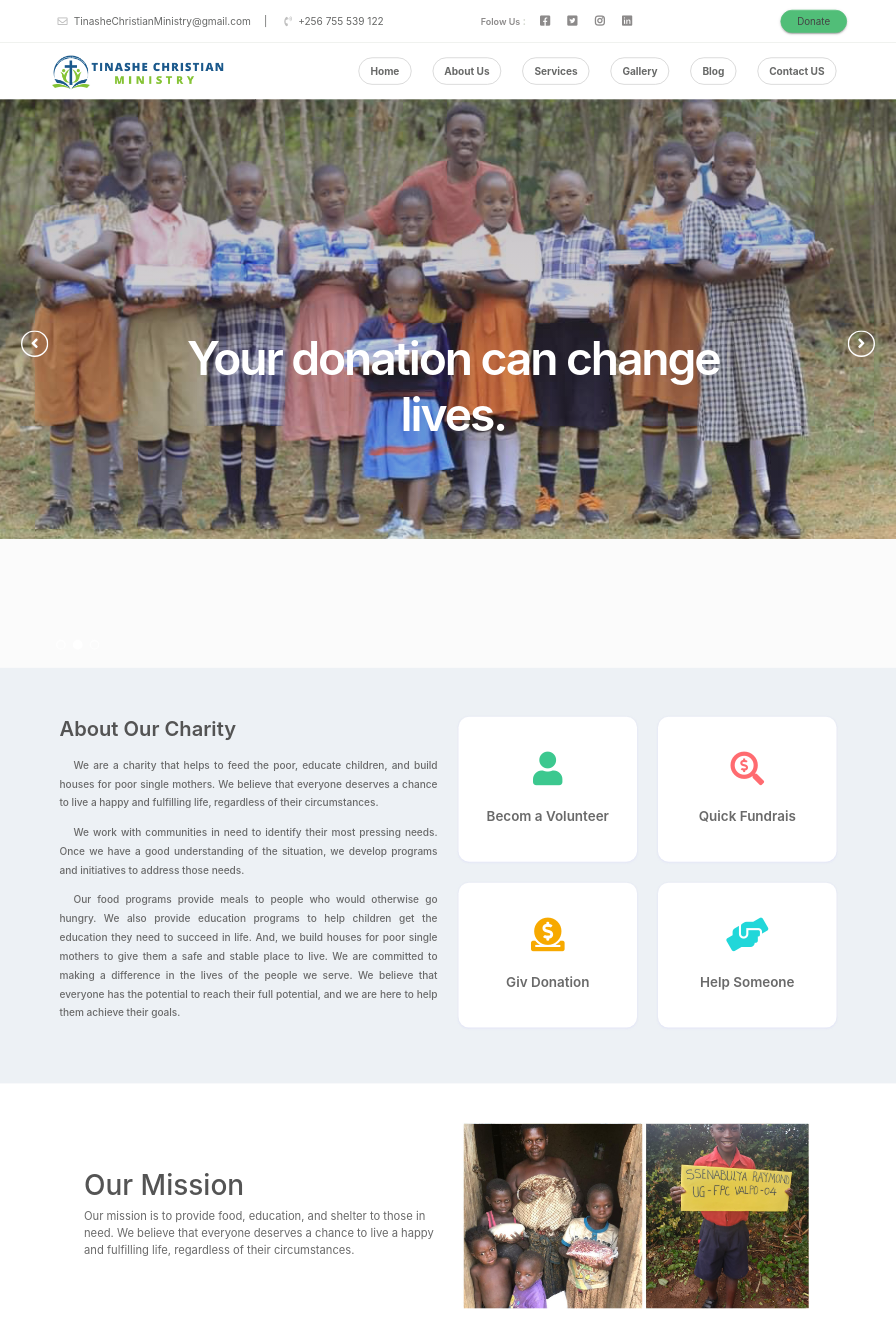
Repository: kluivert-ssali/Zziwa
Page: index.html
An editor plug-in stored every save of this project. The page is shown before and after the next save, followed by the edit.
The browser window is 1280 px wide. The pictures show the part of the page from y = 0 to 1920 px (the page is 5257 px tall), at 70% of full size.
A picture or video elsewhere on the page could not be fetched, so the positions and the page height are approximate. Backgrounds fixed to the window are drawn as part of the page.

Above is the page before, as saved 2023-11-20 22:20:09.

### index.html
<!DOCTYPE html>
<html lang="en">
  <head>
    <meta charset="utf-8" />
    <link
      rel="shortcut icon"
      type="x-icon"
      sizes="64x64"
      href="./Logo/ziwaWEB2.0.svg"
    />
    <meta
      name="viewport"
      content="width=device-width, initial-scale=1, shrink-to-fit=no"
    />
    <title>TinasheChristianMinistry</title>
    <link
      rel="shortcut icon"
      href="assets/images/fav.png"
      type="image/x-icon"
    />
    <link
      href="https://fonts.googleapis.com/css2?family=Ubuntu:wght@400;500&display=swap"
      rel="stylesheet"
    />
    <link rel="shortcut icon" href="assets/images/fav.jpg" />
    <link rel="stylesheet" href="assets/css/bootstrap.min.css" />
    <link rel="stylesheet" href="assets/css/all.min.css" />
    <link rel="stylesheet" href="assets/css/animate.css" />
    <link
      rel="stylesheet"
      href="assets/plugins/slider/css/owl.carousel.min.css"
    />
    <link
      rel="stylesheet"
      href="assets/plugins/slider/css/owl.theme.default.css"
    />
    <link rel="stylesheet" type="text/css" href="assets/css/style.css" />
  </head>
  <body>
    <header class="continer-fluid">
      <div class="header-top">
        <div class="container">
          <div class="row col-det">
            <div class="col-lg-6 d-none d-lg-block">
              <ul class="ulleft">
                <li>
                  <i class="far fa-envelope"></i>
                  TinasheChristianMinistry@gmail.com
                  <span>|</span>
                </li>
                <li>
                  <i class="fas fa-phone-volume"></i>
                  +256 755 539 122
                </li>
              </ul>
            </div>
            <div class="col-lg-3 col-md-6 folouws">
              <ul class="ulright">
                <li><small>Folow Us </small>:</li>
                <li>
                  <i class="fab fa-facebook-square"></i>
                </li>
                <li>
                  <i class="fab fa-twitter-square"></i>
                </li>
                <li>
                  <i class="fab fa-instagram"></i>
                </li>
                <li>
                  <i class="fab fa-linkedin"></i>
                </li>
              </ul>
            </div>
            <div class="col-lg-3 d-none d-md-block col-md-6 btn-bhed">
              <button class="btn btn-sm btn-success">
                <a
                  href="https://flutterwave.com/donate/cqvprj4q11oa"
                  target="_blank"
                  >Donate</a
                >
              </button>
            </div>
          </div>
        </div>
      </div>
      <div id="menu-jk" class="header-bottom">
        <div class="container">
          <div class="row nav-row">
            <div class="col-lg-3 col-md-12 logo">
              <a href="index.html">
                <img src="assets/images/TCM.png" alt="" />
                <a data-toggle="collapse" data-target="#menu" href="#menu"
                  ><i class="fas d-block d-lg-none small-menu fa-bars"></i
                ></a>
              </a>
            </div>
            <div id="menu" class="col-lg-9 col-md-12 d-none d-lg-block nav-col">
              <ul class="navbad">
                <li class="nav-item active">
                  <a class="nav-link" href="index.html">Home </a>
                </li>
                <li class="nav-item">
                  <a class="nav-link" href="about_us.html">About Us</a>
                </li>
                <li class="nav-item">
                  <a class="nav-link" href="services.html">Services</a>
                </li>

                <li class="nav-item">
                  <a class="nav-link" href="gallery.html">Gallery</a>
                </li>

                <li class="nav-item">
                  <a class="nav-link" href="blog.html">Blog</a>
                </li>
                <li class="nav-item">
                  <a class="nav-link" href="contact_us.html">Contact US</a>
                </li>
              </ul>
            </div>
          </div>
        </div>
      </div>
    </header>

    <!-- ******************** Slider Starts Here ******************* -->
    <div class="slider">
      <!-- Set up your HTML -->
      <div class="owl-carousel">
        <div class="slider-img">
          <div class="item">
            <div class="slider-img">
              <img src="assets/images/slider/slider1.png" alt="" />
            </div>
            <div class="container">
              <div class="row">
                <div
                  class="col-lg-offset-2 col-lg-8 col-md-offset-2 col-md-8 col-sm-12 col-xs-12"
                >
                  <div class="animated bounceInDown slider-captions">
                    <h1 class="slider-title">
                      Together, we can make the world a better place.
                    </h1>
                  </div>
                </div>
              </div>
            </div>
          </div>
        </div>
        <div class="item">
          <div class="slider-img">
            <img src="assets/images/slider/slider2.png" alt="" />
          </div>
          <div class="container">
            <div class="row">
              <div
                class="col-lg-offset-2 col-lg-8 col-md-offset-2 col-md-8 col-sm-12 col-xs-12"
              >
                <div class="slider-captions">
                  <h1 class="slider-title">Your donation can change lives.</h1>
                </div>
              </div>
            </div>
          </div>
        </div>
        <div class="item">
          <div class="slider-img">
            <img src="assets/images/slider/slider3.png" alt="" />
          </div>
          <div class="container">
            <div class="row">
              <div
                class="col-lg-offset-2 col-lg-8 col-md-offset-2 col-md-8 col-sm-12 col-xs-12"
              >
                <div class="slider-captions">
                  <h1 class="slider-title">Help us make a difference.</h1>
                </div>
              </div>
            </div>
          </div>
        </div>
      </div>
    </div>

    <!--  ************************* About Us Starts Here ************************** -->

    <div class="about-us container-fluid">
      <div class="container">
        <div class="row natur-row no-margin w-100">
          <div class="text-part col-md-6">
            <h2>About Our Charity</h2>
            <p>
              We are a charity that helps to feed the poor, educate children,
              and build houses for poor single mothers. We believe that everyone
              deserves a chance to live a happy and fulfilling life, regardless
              of their circumstances.
            </p>
            <p>
              We work with communities in need to identify their most pressing
              needs. Once we have a good understanding of the situation, we
              develop programs and initiatives to address those needs.
            </p>

            <p>
              Our food programs provide meals to people who would otherwise go
              hungry. We also provide education programs to help children get
              the education they need to succeed in life. And, we build houses
              for poor single mothers to give them a safe and stable place to
              live. We are committed to making a difference in the lives of the
              people we serve. We believe that everyone has the potential to
              reach their full potential, and we are here to help them achieve
              their goals.
            </p>
          </div>
          <div class="image-part col-md-6">
            <div class="about-quick-box row">
              <div class="col-md-6">
                <div class="about-qcard">
                  <i class="fas fa-user"></i>
                  <p>Becom a Volunteer</p>
                </div>
              </div>
              <div class="col-md-6">
                <div class="about-qcard">
                  <i class="fas fa-search-dollar red"></i>
                  <p>Quick Fundrais</p>
                </div>
              </div>
              <div class="col-md-6">
                <div class="about-qcard">
                  <i class="fas fa-donate yell"></i>
                  <p>Giv Donation</p>
                </div>
              </div>
              <div class="col-md-6">
                <div class="about-qcard">
                  <i class="fas fa-hands-helping blu"></i>
                  <p>Help Someone</p>
                </div>
              </div>
            </div>
          </div>
        </div>
      </div>
    </div>

    <!-- ################# Mission Vision Start Here #######################--->

    <section class="container-fluid mission-vision">
      <div class="container">
        <div class="row mission">
          <div class="col-md-6 mv-det">
            <h1>Our Mission</h1>
            <p>
              Our mission is to provide food, education, and shelter to those in
              need. We believe that everyone deserves a chance to live a happy
              and fulfilling life, regardless of their circumstances.
            </p>
          </div>
          <div class="col-md-6 mv-img">
            <img src="assets/images/check.png" alt="" />
          </div>
        </div>
        <div class="row vision">
          <div class="col-md-6 mv-img">
            <img src="assets/images/v2.png" alt="" />
          </div>
          <div class="col-md-6 mv-det">
            <h1>Our Vision</h1>
            <p>
              Compassion: We care deeply about the people we serve, and we are
              committed to making a difference in their lives. Respect: We treat
              everyone with dignity and respect, regardless of their background
              or circumstances. Excellence: We strive to provide the best
              possible services to our clients. Accountability: We are
              accountable to our donors and to the communities we serve.
            </p>
          </div>
        </div>
      </div>
    </section>

    <!-- ################# Events Start Here#######################--->
    <section class="events">
      <div class="container">
        <div class="session-title row">
          <h2>Popular Causes</h2>
          <p>We are a non-profital & Charity raising money for -----</p>
        </div>
        <div class="event-ro row">
          <div class="col-md-4 col-sm-6">
            <div class="event-box">
              <img src="assets/images/events/Feeding.png" alt="" />
              <h4>Feeding the needy</h4>
              <p class="desic">
                Our feeding program provides nutritious meals to people who
                would otherwise go hungry. We serve people of all ages,
                including children, adults, and seniors.
              </p>
              <button class="btn btn-success btn-sm">
                <a
                  href="https://flutterwave.com/donate/cqvprj4q11oa"
                  target="_blank"
                  >Donate Now</a
                >
              </button>
            </div>
          </div>
          <div class="col-md-4 col-sm-6">
            <div class="event-box">
              <img src="assets/images/events/House2.png" alt="" />
              <h4>Build Houses and Churches</h4>
              <p class="desic">
                We work with communities in need to identify families who are in
                need of housing. Once we have identified a family, we work with
                them to design and build a house that meets their needs. We also
                build churches for the poor. We believe that everyone deserves a
                place to worship and to connect with their faith community.
              </p>
              <button class="btn btn-success btn-sm">
                <a
                  href="https://flutterwave.com/donate/cqvprj4q11oa"
                  target="_blank"
                  >Donate Now</a
                >
              </button>
            </div>
          </div>
          <div class="col-md-4 col-sm-6">
            <div class="event-box">
              <img src="assets/images/events/payer1.png" alt="" />
              <h4>Child Education</h4>
              <p class="desic">
                We believe that every child has a right to Education. In other
                education program we provide tution, school matirials like Books
                and safty pads to girls.
              </p>
              <button class="btn btn-success btn-sm">
                <a
                  href="https://flutterwave.com/donate/cqvprj4q11oa"
                  target="_blank"
                  >Donate Now</a
                >
              </button>
            </div>
          </div>
        </div>
      </div>
    </section>

    <!-- ################# Charity Number Starts Here#######################--->

    <div class="doctor-message">
      <div class="inner-lay">
        <div class="container">
          <div class="row session-title">
            <h2>Our Achievemtns in Numbers</h2>
            <p>
              We can talk for a long time about advantages of our Dental clinic
              before other medical treatment facilities. But you can read the
              following facts in order to make sure of all pluses of our clinic:
            </p>
          </div>
          <div class="row">
            <div class="col-sm-3 numb">
              <h3>12+</h3>
              <span>YEARS OF EXPEREANCE</span>
            </div>
            <div class="col-sm-3 numb">
              <h3>1812+</h3>
              <span>HAPPY CHILDRENS</span>
            </div>
            <div class="col-sm-3 numb">
              <h3>52+</h3>
              <span>EVENTS</span>
            </div>
          </div>
        </div>
      </div>
    </div>

    <!--################### Our Team Starts Here #######################--->
    <section class="our-team team-11">
      <div class="container">
        <div class="session-title row">
          <h2>Meet our Team</h2>
          <p></p>
        </div>
        <div class="row team-row">
          <div class="col-md-3 col-sm-6">
            <div class="single-usr">
              <img src="assets/images/team/" alt="" />
              <div class="det-o">
                <h4>ziwa franics</h4>
                <i>CEO </i>
              </div>
            </div>
          </div>
          <div class="col-md-3 col-sm-6">
            <div class="single-usr">
              <img src="assets/images/team/" alt="" />
              <div class="det-o">
                <h4>David Kanuel</h4>
                <i>CFO</i>
              </div>
            </div>
          </div>
          <div class="col-md-3 col-sm-6">
            <div class="single-usr">
              <img src="assets/images/team/" alt="" />
              <div class="det-o">
                <h4>David Kanuel</h4>
                <i>Team Leader</i>
              </div>
            </div>
          </div>
          <div class="col-md-3 col-sm-6">
            <div class="single-usr">
              <img src="assets/images/team/" alt="" />
              <div class="det-o">
                <h4>David Kanuel</h4>
                <i>Project Manager</i>
              </div>
            </div>
          </div>
        </div>
      </div>
    </section>

    <!-- ################# Our Blog Starts Here#######################--->

    <section class="our-blog">
      <div class="container">
        <div class="row session-title">
          <h2>Our Blog</h2>
          <p>Take a look at Our lastest activities</p>
        </div>
        <div class="blog-row row">
          <div class="col-md-4 col-sm-6">
            <div class="single-blog">
              <figure>
                <img src="assets/images/events/pads.png" alt="" />
              </figure>
              <div class="blog-detail">
                <small>By Admin | August 10 2023</small>
                <h4>Menstrual Pads</h4>
                <p>
                  We distribute menstrual pads to women and girls in a variety
                  of ways. We work with schools to provide pads to students. We
                  also work with community centers and other organizations to
                  provide pads to women and girls in the community.
                </p>
                <div class="link">
                  <a href="./blog.html">Read more </a
                  ><i class="fas fa-long-arrow-alt-right"></i>
                </div>
              </div>
            </div>
          </div>
          <div class="col-md-4 col-sm-6">
            <div class="single-blog">
              <figure>
                <img src="assets/images/events/payer.png" alt="" />
              </figure>
              <div class="blog-detail">
                <small>By Admin | September 1 2023</small>
                <h4>Youth&Teens Bible studies</h4>
                <p>
                  Youth and teen Bible studies are a great way for young people
                  to learn about the Bible, grow in their faith, and connect
                  with other Christians.
                </p>
                <div class="link">
                  <a href="./blog.html">Read more </a
                  ><i class="fas fa-long-arrow-alt-right"></i>
                </div>
              </div>
            </div>
          </div>
          <div class="col-md-4 col-sm-6">
            <div class="single-blog">
              <figure>
                <img src="assets/images/events/image_03.jpg" alt="" />
              </figure>
              <div class="blog-detail">
                <small>By Admin | August 13 2023</small>
                <h4>Sunday Schools</h4>
                <p>
                  unday schools teach children and young people about the Bible,
                  Christian doctrine, and morality. They also provide a place
                  for children and young people to socialize and to connect with
                  other Christians.
                </p>
                <div class="link">
                  <a href="./blog.html">Read more </a
                  ><i class="fas fa-long-arrow-alt-right"></i>
                </div>
              </div>
            </div>
          </div>
        </div>
      </div>
    </section>

    <footer class="footer">
      <div class="container">
        <div class="row">
          <div class="col-md-4 col-sm-12">
            <h2>About Us</h2>
            <p>
              We are a charity that helps to feed the poor, educate children,
              and build houses for poor single mothers. We believe that everyone
              deserves a chance to live a happy and fulfilling life, regardless
              of their circumstances.
            </p>
            <p></p>
          </div>
          <div class="col-md-4 col-sm-12">
            <h2>Useful Links</h2>
            <ul class="list-unstyled link-list">
              <li>
                <a ui-sref="about" href="#/about">About us</a
                ><i class="fa fa-angle-right"></i>
              </li>
              <li>
                <a ui-sref="portfolio" href="#/portfolio">Portfolio</a
                ><i class="fa fa-angle-right"></i>
              </li>
              <li>
                <a ui-sref="products" href="#/products">Latest jobs</a
                ><i class="fa fa-angle-right"></i>
              </li>
              <li>
                <a ui-sref="gallery" href="#/gallery">Gallery</a
                ><i class="fa fa-angle-right"></i>
              </li>
              <li>
                <a ui-sref="contact" href="#/contact">Contact us</a
                ><i class="fa fa-angle-right"></i>
              </li>
            </ul>
          </div>
          <div class="col-md-4 col-sm-12 map-img">
            <h2>Contact Us</h2>
            <address class="md-margin-bottom-40">
              Nansana <br />
              Kibwa (Wakiso District) <br />
              Hoima Road <br />
              Phone: +256 755 539 122 <br />
              Email:
              <a href="TinasheChristianMinistry@gmail.com " class=""
                >TinasheChristianMinistry@gmail.com </a
              ><br />
            </address>
          </div>
        </div>

        <div class="nav-box row clearfix">
          <div class="inner col-md-9 clearfix">
            <ul class="footer-nav clearfix">
              <li><a href="#">Home</a></li>
              <li><a href="#">About</a></li>
              <li><a href="#">Gallery</a></li>
              <li><a href="#">Servies</a></li>
              <li><a href="#">Blog</a></li>
              <li><a href="#">Contact</a></li>
            </ul>
          </div>
          <div class="donate-link col-md-3">
            <a
              class="btn btn-primary"
              href="https://flutterwave.com/donate/cqvprj4q11oa"
              target="_blank"
              ><span class="btn-title">Donate Now</span></a
            >
          </div>
        </div>
      </div>
    </footer>
    <div class="copy">
      <div class="container">
        <a
          href="https://kluivertssali.netlify.app"
          target="_blank"
          style="color: blue"
          >2023 &copy; All Rights Reserved | Designed and Developed by Ssali
          Kluivert</a
        >

        <span>
          <a><i class="fab fa-github"></i></a>
          <a><i class="fab fa-google-plus-g"></i></a>
          <a><i class="fab fa-pinterest-p"></i></a>
          <a><i class="fab fa-twitter"></i></a>
          <a><i class="fab fa-facebook-f"></i></a>
        </span>
      </div>
    </div>
  </body>

  <script src="assets/js/jquery-3.2.1.min.js"></script>
  <script src="assets/js/popper.min.js"></script>
  <script src="assets/js/bootstrap.min.js"></script>
  <script src="assets/plugins/scroll-fixed/jquery-scrolltofixed-min.js"></script>
  <script src="assets/plugins/slider/js/owl.carousel.min.js"></script>
  <script src="assets/js/script.js"></script>
</html>

Loaded but not shown: assets/css/bootstrap.min.css (library); assets/css/all.min.css (library); assets/css/animate.css (library); assets/plugins/slider/css/owl.carousel.min.css (library); assets/plugins/slider/css/owl.theme.default.css (common file); assets/js/jquery-3.2.1.min.js (library); assets/js/popper.min.js (library); assets/js/bootstrap.min.js (library); assets/plugins/scroll-fixed/jquery-scrolltofixed-min.js (library); assets/plugins/slider/js/owl.carousel.min.js (library); assets/js/script.js (69 lines, source omitted); assets/css/style.css (795 lines, source omitted)

After the next save:
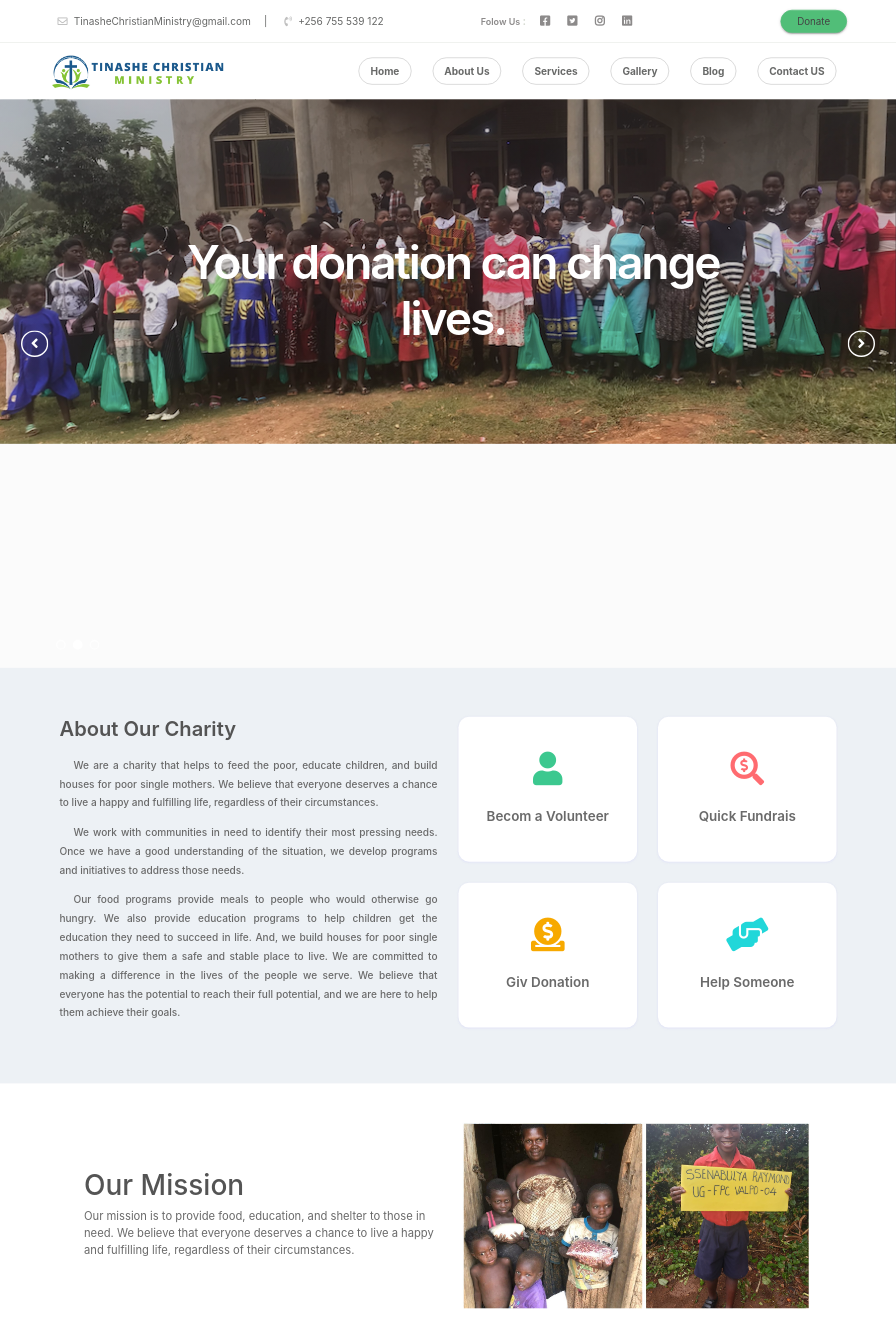
Saved 3 days later.
--- a/index.html
+++ b/index.html
@@ -130,7 +130,7 @@
         <div class="slider-img">
           <div class="item">
             <div class="slider-img">
-              <img src="assets/images/slider/slider1.png" alt="" />
+              <img src="assets/images/slider/slider2.png" alt="" />
             </div>
             <div class="container">
               <div class="row">
@@ -149,7 +149,7 @@
         </div>
         <div class="item">
           <div class="slider-img">
-            <img src="assets/images/slider/slider2.png" alt="" />
+            <img src="assets/images/slider/slider1.png" alt="" />
           </div>
           <div class="container">
             <div class="row">
